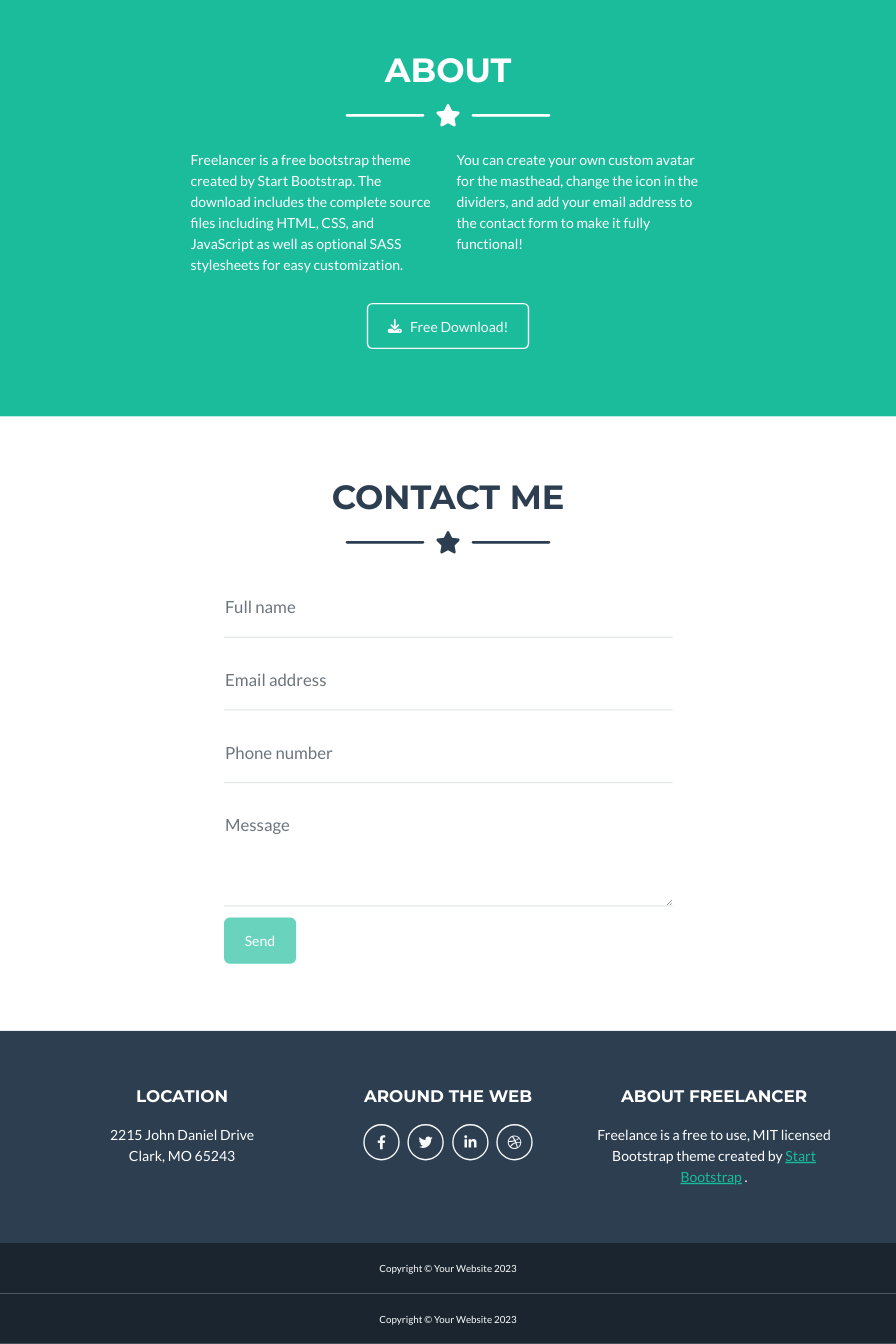
Repository: kvmhyvmvn/Study_JspServlet
Page: http://localhost/06.Last/
The author's editor kept a copy of each file at every save. The page is drawn from the files as they stood at one save, then again after the next save.
The browser window is 1280 px wide. The pictures show the part of the page from y = 1684 to 3604 px (the page is 3604 px tall before and 3532 px after), at 70% of full size.
Some web libraries are served in a nearby version. The page is served by Tomcat 9.

Above is the page before, as saved 2023-05-26 01:15:27.

### WorkSpace/06.Last/src/main/webapp/index.jsp
<%@ page language="java" contentType="text/html; charset=UTF-8"
    pageEncoding="UTF-8"%>
<!DOCTYPE html>
   <jsp:include page="/include/head.jsp"/>
    <body id="page-top">
	<jsp:include page="/include/header.jsp"/>


        <!-- Portfolio Section-->
        <section class="page-section portfolio" id="portfolio">
            <div class="container">
                <!-- Portfolio Section Heading-->
                <h2 class="page-section-heading text-center text-uppercase text-secondary mb-0">Portfolio</h2>
                <!-- Icon Divider-->
                <div class="divider-custom">
                    <div class="divider-custom-line"></div>
                    <div class="divider-custom-icon"><i class="fas fa-star"></i></div>
                    <div class="divider-custom-line"></div>
                </div>
                <!-- Portfolio Grid Items-->
                <div class="row justify-content-center">
                    <!-- Portfolio Item 1-->
                    <div class="col-md-6 col-lg-4 mb-5">
                        <div class="portfolio-item mx-auto" data-bs-toggle="modal" data-bs-target="#portfolioModal1">
                            <div class="portfolio-item-caption d-flex align-items-center justify-content-center h-100 w-100">
                                <div class="portfolio-item-caption-content text-center text-white"><i class="fas fa-plus fa-3x"></i></div>
                            </div>
                            <img class="img-fluid" src="assets/img/portfolio/cabin.png" alt="..." />
                        </div>
                    </div>
                    <!-- Portfolio Item 2-->
                    <div class="col-md-6 col-lg-4 mb-5">
                        <div class="portfolio-item mx-auto" data-bs-toggle="modal" data-bs-target="#portfolioModal2">
                            <div class="portfolio-item-caption d-flex align-items-center justify-content-center h-100 w-100">
                                <div class="portfolio-item-caption-content text-center text-white"><i class="fas fa-plus fa-3x"></i></div>
                            </div>
                            <img class="img-fluid" src="assets/img/portfolio/cake.png" alt="..." />
                        </div>
                    </div>
                    <!-- Portfolio Item 3-->
                    <div class="col-md-6 col-lg-4 mb-5">
                        <div class="portfolio-item mx-auto" data-bs-toggle="modal" data-bs-target="#portfolioModal3">
                            <div class="portfolio-item-caption d-flex align-items-center justify-content-center h-100 w-100">
                                <div class="portfolio-item-caption-content text-center text-white"><i class="fas fa-plus fa-3x"></i></div>
                            </div>
                            <img class="img-fluid" src="assets/img/portfolio/circus.png" alt="..." />
                        </div>
                    </div>
                    <!-- Portfolio Item 4-->
                    <div class="col-md-6 col-lg-4 mb-5 mb-lg-0">
                        <div class="portfolio-item mx-auto" data-bs-toggle="modal" data-bs-target="#portfolioModal4">
                            <div class="portfolio-item-caption d-flex align-items-center justify-content-center h-100 w-100">
                                <div class="portfolio-item-caption-content text-center text-white"><i class="fas fa-plus fa-3x"></i></div>
                            </div>
                            <img class="img-fluid" src="assets/img/portfolio/game.png" alt="..." />
                        </div>
                    </div>
                    <!-- Portfolio Item 5-->
                    <div class="col-md-6 col-lg-4 mb-5 mb-md-0">
                        <div class="portfolio-item mx-auto" data-bs-toggle="modal" data-bs-target="#portfolioModal5">
                            <div class="portfolio-item-caption d-flex align-items-center justify-content-center h-100 w-100">
                                <div class="portfolio-item-caption-content text-center text-white"><i class="fas fa-plus fa-3x"></i></div>
                            </div>
                            <img class="img-fluid" src="assets/img/portfolio/safe.png" alt="..." />
                        </div>
                    </div>
                    <!-- Portfolio Item 6-->
                    <div class="col-md-6 col-lg-4">
                        <div class="portfolio-item mx-auto" data-bs-toggle="modal" data-bs-target="#portfolioModal6">
                            <div class="portfolio-item-caption d-flex align-items-center justify-content-center h-100 w-100">
                                <div class="portfolio-item-caption-content text-center text-white"><i class="fas fa-plus fa-3x"></i></div>
                            </div>
                            <img class="img-fluid" src="assets/img/portfolio/submarine.png" alt="..." />
                        </div>
                    </div>
                </div>
            </div>
        </section>
        <!-- About Section-->
        <section class="page-section bg-primary text-white mb-0" id="about">
            <div class="container">
                <!-- About Section Heading-->
                <h2 class="page-section-heading text-center text-uppercase text-white">About</h2>
                <!-- Icon Divider-->
                <div class="divider-custom divider-light">
                    <div class="divider-custom-line"></div>
                    <div class="divider-custom-icon"><i class="fas fa-star"></i></div>
                    <div class="divider-custom-line"></div>
                </div>
                <!-- About Section Content-->
                <div class="row">
                    <div class="col-lg-4 ms-auto"><p class="lead">Freelancer is a free bootstrap theme created by Start Bootstrap. The download includes the complete source files including HTML, CSS, and JavaScript as well as optional SASS stylesheets for easy customization.</p></div>
                    <div class="col-lg-4 me-auto"><p class="lead">You can create your own custom avatar for the masthead, change the icon in the dividers, and add your email address to the contact form to make it fully functional!</p></div>
                </div>
                <!-- About Section Button-->
                <div class="text-center mt-4">
                    <a class="btn btn-xl btn-outline-light" href="https://startbootstrap.com/theme/freelancer/">
                        <i class="fas fa-download me-2"></i>
                        Free Download!
                    </a>
                </div>
            </div>
        </section>
        <jsp:include page="/member/login.jsp"/>
   		<jsp:include page="/include/footer.jsp"/>
        <!-- Copyright Section-->
        <div class="copyright py-4 text-center text-white">
            <div class="container"><small>Copyright &copy; Your Website 2023</small></div>
        </div>
        <!-- Portfolio Modals-->
        <!-- Portfolio Modal 1-->
        <div class="portfolio-modal modal fade" id="portfolioModal1" tabindex="-1" aria-labelledby="portfolioModal1" aria-hidden="true">
            <div class="modal-dialog modal-xl">
                <div class="modal-content">
                    <div class="modal-header border-0"><button class="btn-close" type="button" data-bs-dismiss="modal" aria-label="Close"></button></div>
                    <div class="modal-body text-center pb-5">
                        <div class="container">
                            <div class="row justify-content-center">
                                <div class="col-lg-8">
                                    <!-- Portfolio Modal - Title-->
                                    <h2 class="portfolio-modal-title text-secondary text-uppercase mb-0">Log Cabin</h2>
                                    <!-- Icon Divider-->
                                    <div class="divider-custom">
                                        <div class="divider-custom-line"></div>
                                        <div class="divider-custom-icon"><i class="fas fa-star"></i></div>
                                        <div class="divider-custom-line"></div>
                                    </div>
                                    <!-- Portfolio Modal - Image-->
                                    <img class="img-fluid rounded mb-5" src="assets/img/portfolio/cabin.png" alt="..." />
                                    <!-- Portfolio Modal - Text-->
                                    <p class="mb-4">Lorem ipsum dolor sit amet, consectetur adipisicing elit. Mollitia neque assumenda ipsam nihil, molestias magnam, recusandae quos quis inventore quisquam velit asperiores, vitae? Reprehenderit soluta, eos quod consequuntur itaque. Nam.</p>
                                    <button class="btn btn-primary" data-bs-dismiss="modal">
                                        <i class="fas fa-xmark fa-fw"></i>
                                        Close Window
                                    </button>
                                </div>
                            </div>
                        </div>
                    </div>
                </div>
            </div>
        </div>
        <!-- Portfolio Modal 2-->
        <div class="portfolio-modal modal fade" id="portfolioModal2" tabindex="-1" aria-labelledby="portfolioModal2" aria-hidden="true">
            <div class="modal-dialog modal-xl">
                <div class="modal-content">
                    <div class="modal-header border-0"><button class="btn-close" type="button" data-bs-dismiss="modal" aria-label="Close"></button></div>
                    <div class="modal-body text-center pb-5">
                        <div class="container">
                            <div class="row justify-content-center">
                                <div class="col-lg-8">
                                    <!-- Portfolio Modal - Title-->
                                    <h2 class="portfolio-modal-title text-secondary text-uppercase mb-0">Tasty Cake</h2>
                                    <!-- Icon Divider-->
                                    <div class="divider-custom">
                                        <div class="divider-custom-line"></div>
                                        <div class="divider-custom-icon"><i class="fas fa-star"></i></div>
                                        <div class="divider-custom-line"></div>
                                    </div>
                                    <!-- Portfolio Modal - Image-->
                                    <img class="img-fluid rounded mb-5" src="assets/img/portfolio/cake.png" alt="..." />
                                    <!-- Portfolio Modal - Text-->
                                    <p class="mb-4">Lorem ipsum dolor sit amet, consectetur adipisicing elit. Mollitia neque assumenda ipsam nihil, molestias magnam, recusandae quos quis inventore quisquam velit asperiores, vitae? Reprehenderit soluta, eos quod consequuntur itaque. Nam.</p>
                                    <button class="btn btn-primary" data-bs-dismiss="modal">
                                        <i class="fas fa-xmark fa-fw"></i>
                                        Close Window
                                    </button>
                                </div>
                            </div>
                        </div>
                    </div>
                </div>
            </div>
        </div>
        <!-- Portfolio Modal 3-->
        <div class="portfolio-modal modal fade" id="portfolioModal3" tabindex="-1" aria-labelledby="portfolioModal3" aria-hidden="true">
            <div class="modal-dialog modal-xl">
                <div class="modal-content">
                    <div class="modal-header border-0"><button class="btn-close" type="button" data-bs-dismiss="modal" aria-label="Close"></button></div>
                    <div class="modal-body text-center pb-5">
                        <div class="container">
                            <div class="row justify-content-center">
                                <div class="col-lg-8">
                                    <!-- Portfolio Modal - Title-->
                                    <h2 class="portfolio-modal-title text-secondary text-uppercase mb-0">Circus Tent</h2>
                                    <!-- Icon Divider-->
                                    <div class="divider-custom">
                                        <div class="divider-custom-line"></div>
                                        <div class="divider-custom-icon"><i class="fas fa-star"></i></div>
                                        <div class="divider-custom-line"></div>
                                    </div>
                                    <!-- Portfolio Modal - Image-->
                                    <img class="img-fluid rounded mb-5" src="assets/img/portfolio/circus.png" alt="..." />
                                    <!-- Portfolio Modal - Text-->
                                    <p class="mb-4">Lorem ipsum dolor sit amet, consectetur adipisicing elit. Mollitia neque assumenda ipsam nihil, molestias magnam, recusandae quos quis inventore quisquam velit asperiores, vitae? Reprehenderit soluta, eos quod consequuntur itaque. Nam.</p>
                                    <button class="btn btn-primary" data-bs-dismiss="modal">
                                        <i class="fas fa-xmark fa-fw"></i>
                                        Close Window
                                    </button>
                                </div>
                            </div>
                        </div>
                    </div>
                </div>
            </div>
        </div>
        <!-- Portfolio Modal 4-->
        <div class="portfolio-modal modal fade" id="portfolioModal4" tabindex="-1" aria-labelledby="portfolioModal4" aria-hidden="true">
            <div class="modal-dialog modal-xl">
                <div class="modal-content">
                    <div class="modal-header border-0"><button class="btn-close" type="button" data-bs-dismiss="modal" aria-label="Close"></button></div>
                    <div class="modal-body text-center pb-5">
                        <div class="container">
                            <div class="row justify-content-center">
                                <div class="col-lg-8">
                                    <!-- Portfolio Modal - Title-->
                                    <h2 class="portfolio-modal-title text-secondary text-uppercase mb-0">Controller</h2>
                                    <!-- Icon Divider-->
                                    <div class="divider-custom">
                                        <div class="divider-custom-line"></div>
                                        <div class="divider-custom-icon"><i class="fas fa-star"></i></div>
                                        <div class="divider-custom-line"></div>
                                    </div>
                                    <!-- Portfolio Modal - Image-->
                                    <img class="img-fluid rounded mb-5" src="assets/img/portfolio/game.png" alt="..." />
                                    <!-- Portfolio Modal - Text-->
                                    <p class="mb-4">Lorem ipsum dolor sit amet, consectetur adipisicing elit. Mollitia neque assumenda ipsam nihil, molestias magnam, recusandae quos quis inventore quisquam velit asperiores, vitae? Reprehenderit soluta, eos quod consequuntur itaque. Nam.</p>
                                    <button class="btn btn-primary" data-bs-dismiss="modal">
                                        <i class="fas fa-xmark fa-fw"></i>
                                        Close Window
                                    </button>
                                </div>
                            </div>
                        </div>
                    </div>
                </div>
            </div>
        </div>
        <!-- Portfolio Modal 5-->
        <div class="portfolio-modal modal fade" id="portfolioModal5" tabindex="-1" aria-labelledby="portfolioModal5" aria-hidden="true">
            <div class="modal-dialog modal-xl">
                <div class="modal-content">
                    <div class="modal-header border-0"><button class="btn-close" type="button" data-bs-dismiss="modal" aria-label="Close"></button></div>
                    <div class="modal-body text-center pb-5">
                        <div class="container">
                            <div class="row justify-content-center">
                                <div class="col-lg-8">
                                    <!-- Portfolio Modal - Title-->
                                    <h2 class="portfolio-modal-title text-secondary text-uppercase mb-0">Locked Safe</h2>
                                    <!-- Icon Divider-->
                                    <div class="divider-custom">
                                        <div class="divider-custom-line"></div>
                                        <div class="divider-custom-icon"><i class="fas fa-star"></i></div>
                                        <div class="divider-custom-line"></div>
                                    </div>
                                    <!-- Portfolio Modal - Image-->
                                    <img class="img-fluid rounded mb-5" src="assets/img/portfolio/safe.png" alt="..." />
                                    <!-- Portfolio Modal - Text-->
                                    <p class="mb-4">Lorem ipsum dolor sit amet, consectetur adipisicing elit. Mollitia neque assumenda ipsam nihil, molestias magnam, recusandae quos quis inventore quisquam velit asperiores, vitae? Reprehenderit soluta, eos quod consequuntur itaque. Nam.</p>
                                    <button class="btn btn-primary" data-bs-dismiss="modal">
                                        <i class="fas fa-xmark fa-fw"></i>
                                        Close Window
                                    </button>
                                </div>
                            </div>
                        </div>
                    </div>
                </div>
            </div>
        </div>
        <!-- Portfolio Modal 6-->
        <div class="portfolio-modal modal fade" id="portfolioModal6" tabindex="-1" aria-labelledby="portfolioModal6" aria-hidden="true">
            <div class="modal-dialog modal-xl">
                <div class="modal-content">
                    <div class="modal-header border-0"><button class="btn-close" type="button" data-bs-dismiss="modal" aria-label="Close"></button></div>
                    <div class="modal-body text-center pb-5">
                        <div class="container">
                            <div class="row justify-content-center">
                                <div class="col-lg-8">
                                    <!-- Portfolio Modal - Title-->
                                    <h2 class="portfolio-modal-title text-secondary text-uppercase mb-0">Submarine</h2>
                                    <!-- Icon Divider-->
                                    <div class="divider-custom">
                                        <div class="divider-custom-line"></div>
                                        <div class="divider-custom-icon"><i class="fas fa-star"></i></div>
                                        <div class="divider-custom-line"></div>
                                    </div>
                                    <!-- Portfolio Modal - Image-->
                                    <img class="img-fluid rounded mb-5" src="assets/img/portfolio/submarine.png" alt="..." />
                                    <!-- Portfolio Modal - Text-->
                                    <p class="mb-4">Lorem ipsum dolor sit amet, consectetur adipisicing elit. Mollitia neque assumenda ipsam nihil, molestias magnam, recusandae quos quis inventore quisquam velit asperiores, vitae? Reprehenderit soluta, eos quod consequuntur itaque. Nam.</p>
                                    <button class="btn btn-primary" data-bs-dismiss="modal">
                                        <i class="fas fa-xmark fa-fw"></i>
                                        Close Window
                                    </button>
                                </div>
                            </div>
                        </div>
                    </div>
                </div>
            </div>
        </div>
        <!-- Bootstrap core JS-->
        <script src="https://cdn.jsdelivr.net/npm/bootstrap@5.2.3/dist/js/bootstrap.bundle.min.js"></script>
        <!-- Core theme JS-->
        <script src="js/scripts.js"></script>
        <!-- * * * * * * * * * * * * * * * * * * * * * * * * * * * * * * * * * * * * * * * *-->
        <!-- * *                               SB Forms JS                               * *-->
        <!-- * * Activate your form at https://startbootstrap.com/solution/contact-forms * *-->
        <!-- * * * * * * * * * * * * * * * * * * * * * * * * * * * * * * * * * * * * * * * *-->
        <script src="https://cdn.startbootstrap.com/sb-forms-latest.js"></script>
    </body>
</html>

### WorkSpace/06.Last/src/main/webapp/include/head.jsp
<%@ page language="java" contentType="text/html; charset=UTF-8"
    pageEncoding="UTF-8"%>
 <head>
 	<!-- Masthead-->
        <meta charset="utf-8" />
        <meta name="viewport" content="width=device-width, initial-scale=1, shrink-to-fit=no" />
        <meta name="description" content="" />
        <meta name="author" content="" />
        <title>Freelancer - Start Bootstrap Theme</title>
        <!-- Favicon-->
        <link rel="icon" type="image/x-icon" href="assets/favicon.ico" />
        <!-- Font Awesome icons (free version)-->
        <script src="https://use.fontawesome.com/releases/v6.3.0/js/all.js" crossorigin="anonymous"></script>
        <!-- Google fonts-->
        <link href="https://fonts.googleapis.com/css?family=Montserrat:400,700" rel="stylesheet" type="text/css" />
        <link href="https://fonts.googleapis.com/css?family=Lato:400,700,400italic,700italic" rel="stylesheet" type="text/css" />
        <!-- Core theme CSS (includes Bootstrap)-->
        <link href="../css/styles.css" rel="stylesheet" />
    </head>

Loaded but not shown: WorkSpace/06.Last/src/main/webapp/css/styles.css (library); WorkSpace/06.Last/src/main/webapp/assets/img/avataaars.svg (248 lines, source omitted); WorkSpace/06.Last/src/main/webapp/js/scripts.js (54 lines, source omitted); WorkSpace/06.Last/src/main/webapp/member/login.jsp (80 lines, source omitted); WorkSpace/06.Last/src/main/webapp/include/header.jsp (35 lines, source omitted); WorkSpace/06.Last/src/main/webapp/include/footer.jsp (39 lines, source omitted)

After the next save:
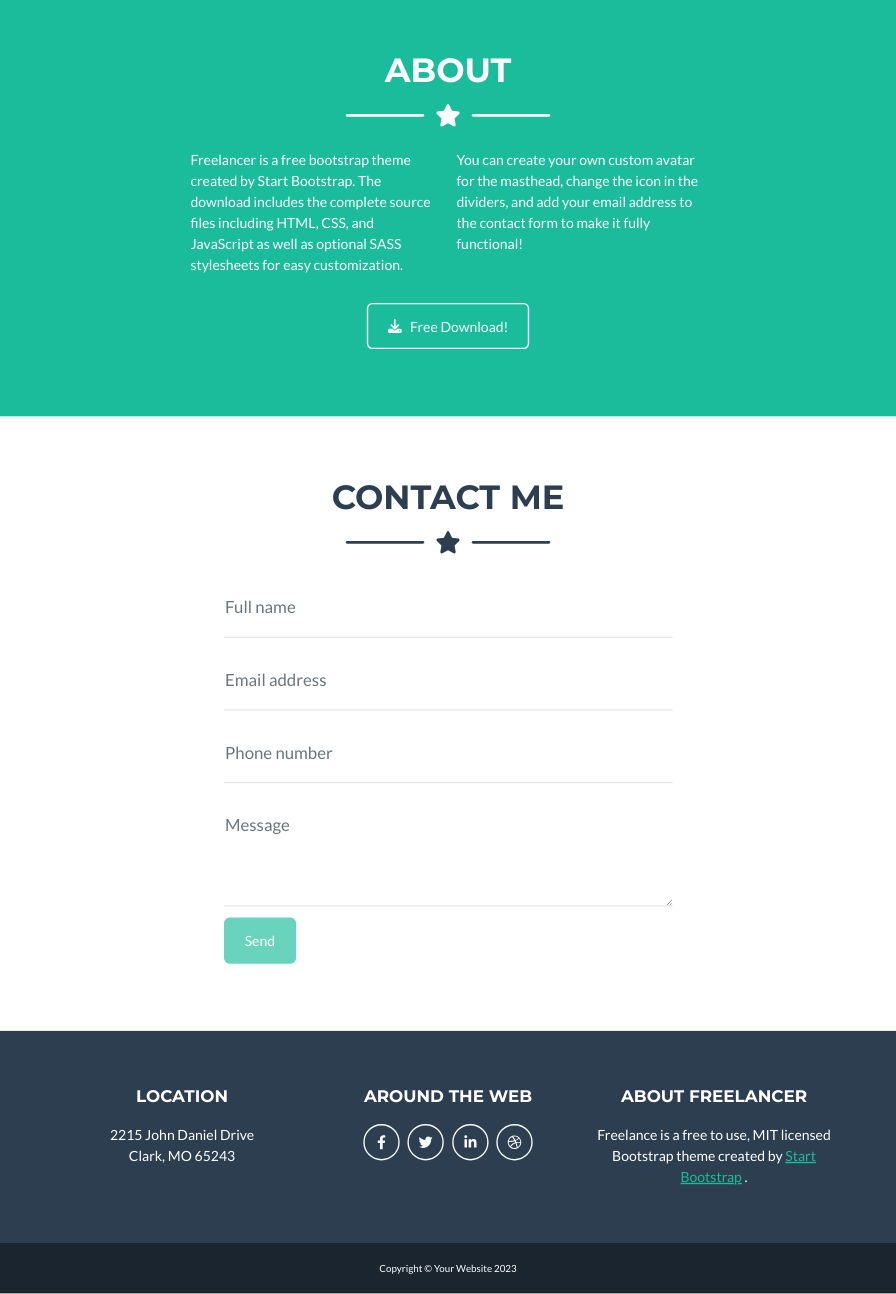
Saved 1 s later.
--- a/WorkSpace/06.Last/src/main/webapp/index.jsp
+++ b/WorkSpace/06.Last/src/main/webapp/index.jsp
@@ -103,10 +103,7 @@
         </section>
         <jsp:include page="/member/login.jsp"/>
    		<jsp:include page="/include/footer.jsp"/>
-        <!-- Copyright Section-->
-        <div class="copyright py-4 text-center text-white">
-            <div class="container"><small>Copyright &copy; Your Website 2023</small></div>
-        </div>
+
         <!-- Portfolio Modals-->
         <!-- Portfolio Modal 1-->
         <div class="portfolio-modal modal fade" id="portfolioModal1" tabindex="-1" aria-labelledby="portfolioModal1" aria-hidden="true">
